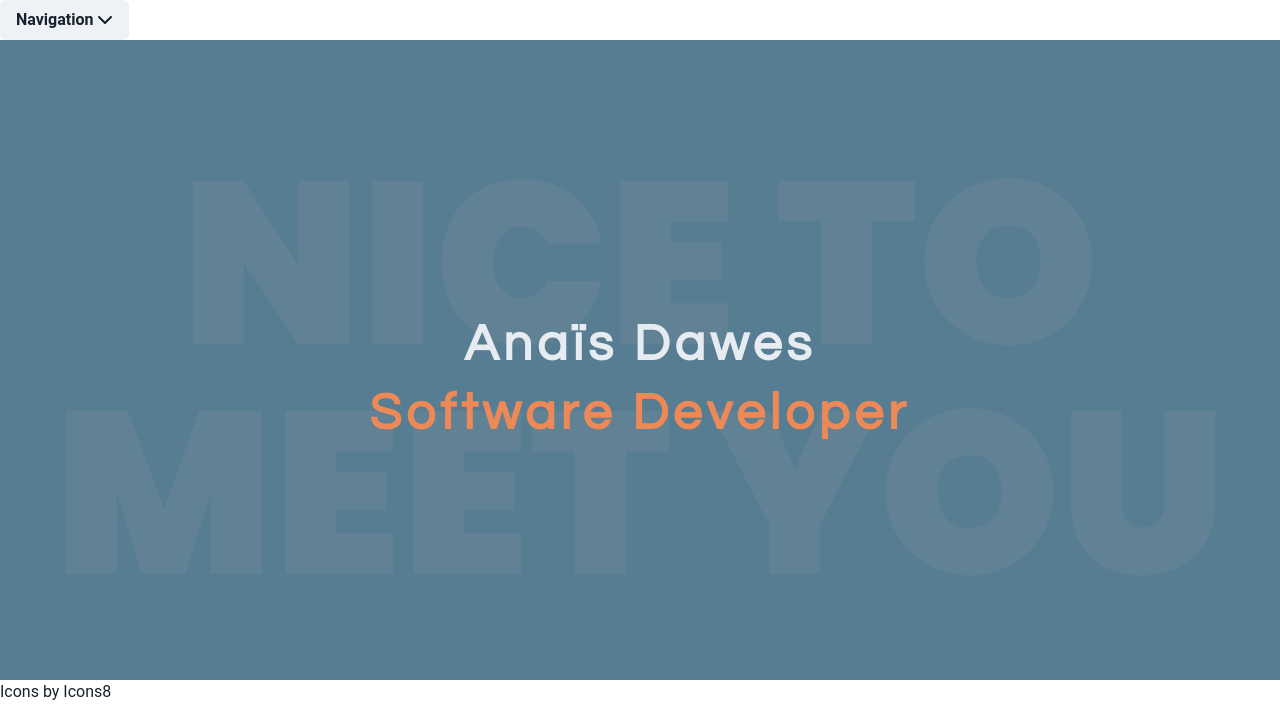
Repository: aedawes/AnaisDawesWebsite
Page: / (app in my-app/)
These files come from the project's save history. The page is drawn as it stood at one moment and after the next save; the edit follows.
The browser window is 1280 px wide. The pictures show the whole page.
Some web fonts or font styles are not loaded; a fallback is used. The project was rebuilt for these pictures with package versions that can differ from the ones it lists, and the page was loaded fresh each time. Also part of the build but not shown: my-app/src/App.css, my-app/src/Components/Navbar.js.

Above is the page before, as saved 2023-09-06 12:14:26.

### my-app/src/index.js
import React from 'react';
import ReactDOM from 'react-dom/client';
import './index.css';
import App from './App';
import customTheme from './theme';
import reportWebVitals from './reportWebVitals';
import { ChakraProvider } from '@chakra-ui/react'

const root = ReactDOM.createRoot(document.getElementById('root'));
root.render(
  <ChakraProvider theme={customTheme}>
    <React.StrictMode>
      <App />
    </React.StrictMode>
  </ChakraProvider>
);

// If you want to start measuring performance in your app, pass a function
// to log results (for example: reportWebVitals(console.log))
// or send to an analytics endpoint. Learn more: https://bit.ly/CRA-vitals
reportWebVitals();

### my-app/src/App.js
import './App.css';
import Home from './Home';

function App() {
  return (
    <div className="App">
      <header className="App-header">
        <Home></Home>
      </header>
    </div>
  );
}

export default App;

### my-app/src/theme.js
// theme.js
import { extendTheme } from '@chakra-ui/react';

const theme = extendTheme({
    styles: {
        global: {
          // Import and define the Google Fonts using @font-face
          '@font-face': [
            {
              fontFamily: 'Poppins', // Font family name for Poppins
              src: 'url(https://fonts.googleapis.com/css2?family=Poppins:wght@900&display=swap)',
              fontWeight: '900', // FontWeight for Poppins
              fontStyle: 'normal',
            },
            {
              fontFamily: 'Questrial', // Font family name for Questrial
              src: 'url(https://fonts.googleapis.com/css2?family=Questrial&display=swap)',
              fontWeight: 'normal',
              fontStyle: 'normal',
            },
          ],
        },
    },
    colors: {
        blues: {
            100: '#0B0C21',
            200: '#567D91',
            300: '#A9C7D9',
            400: '#E6ECF1',
        },
        oranges: {
            100: '#ED8957',
        },
    },
    fonts: {
        body: 'Roboto, sans-serif',
        heading: 'Montserrat, sans-serif',
    },
});

export default theme;

### my-app/src/Home.js
import './Home.css';
import { Box, Center, Heading, Text, VStack, Button} from '@chakra-ui/react'
import NavBar from './Components/Navbar.js';
import Navigation from './Components/Navigation';


function Home() {
  return (
    <div className="App">
      <Navigation />
      <Box id='niceToMeetYou' backgroundColor='blues.200'>
        <Center id="center-content">
          <Heading id='bgText' fontFamily='Poppins'> NICE TO MEET YOU </Heading>
          <VStack id="center-title">
            <Heading
              id='name'
              fontFamily='Questrial'
              color='blues.400'>
              Anaïs Dawes
            </Heading>
            <Heading
              id='job'
              fontFamily='Questrial'
              color='oranges.100'>
              Software Developer
            </Heading>
          </VStack>
        </Center>
      </Box>
      Icons by <a target="_blank" href="https://icons8.com">Icons8</a>
    </div>
  );
}

export default Home;

### my-app/src/Home.css
@import url('https://fonts.googleapis.com/css2?family=Poppins:wght@900&family=Questrial&display=swap');
@import url("https://use.typekit.net/ber4ifm.css");

#niceToMeetYou{
    height: fit-content;
    width: 100vw;
}

#center-content {
    padding-top: 8.5%;
    padding-bottom: 5.5%;
}

#bgText {
    text-align: center;
    line-height: 100%;
    font-size: 18vw;
    color: #618294;
}

#center-title {
    position: absolute;
    text-align: center;
}

#name {
    /* font-family: 'Questrial', sans-serif; */
    font-size: 4vw;
    letter-spacing: 5px;
}

#job {
    /* font-family: 'Questrial', sans-serif; */
    font-size: 4vw;
    letter-spacing: 5px;
}

### my-app/src/Components/Navigation.js
import React, { useState } from 'react';
import { FontAwesomeIcon } from '@fortawesome/react-fontawesome';
import { faChevronDown, faChevronUp } from '@fortawesome/free-solid-svg-icons';
import {
  Box,
  Button,
  VStack,
  Text,
  Menu,
  MenuButton,
  MenuList,
  MenuItem,
} from '@chakra-ui/react';

const Navigation = () => {
  const [isMenuOpen, setIsMenuOpen] = useState(false);

  const toggleMenu = () => {
    setIsMenuOpen(!isMenuOpen);
  };

  return (
    <Box>
      <Menu>
        <MenuButton as={Button} onClick={toggleMenu}>
          Navigation{' '}
          <FontAwesomeIcon icon={isMenuOpen ? faChevronUp : faChevronDown} />
        </MenuButton>
        <MenuList>
          <MenuItem onClick={toggleMenu}>Home</MenuItem>
          <MenuItem onClick={toggleMenu}>About</MenuItem>
          <MenuItem onClick={toggleMenu}>Services</MenuItem>
          <MenuItem onClick={toggleMenu}>Contact</MenuItem>
        </MenuList>
      </Menu>
    </Box>
  );
};

export default Navigation;

Loaded but not shown: my-app/public/index.html (common file); my-app/src/index.css (common file); my-app/src/reportWebVitals.js (common file)

After the next save:
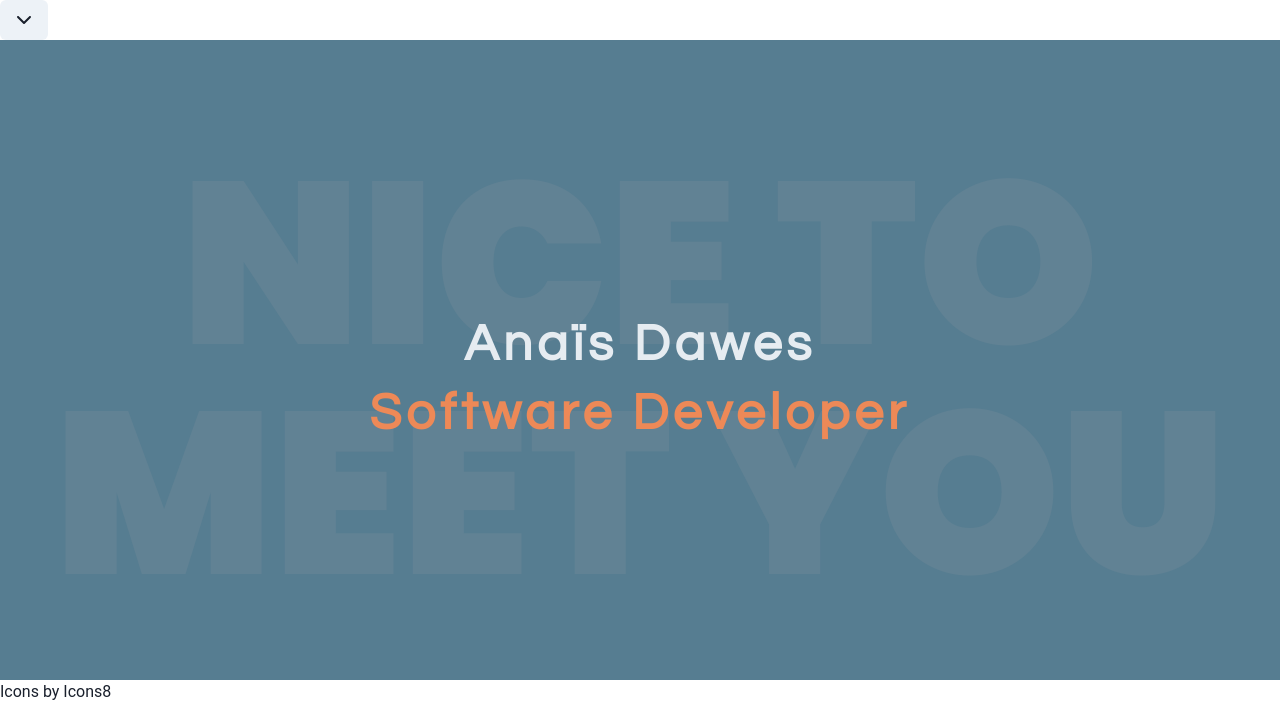
Saved 4 min 1 s later.
--- a/my-app/src/Components/Navigation.js
+++ b/my-app/src/Components/Navigation.js
@@ -23,7 +23,6 @@
     <Box>
       <Menu>
         <MenuButton as={Button} onClick={toggleMenu}>
-          Navigation{' '}
           <FontAwesomeIcon icon={isMenuOpen ? faChevronUp : faChevronDown} />
         </MenuButton>
         <MenuList>
